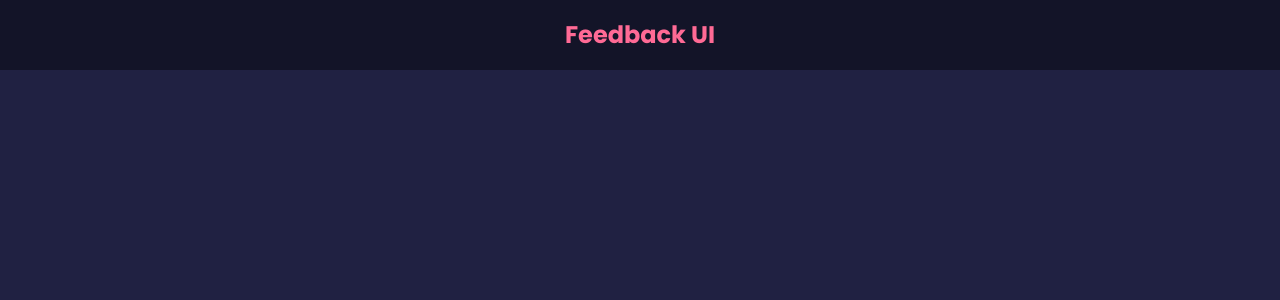
Repository: minhtien9/Feedback_App
Page: /
An editor plug-in stored every save of this project. The page is shown before and after a run of saves, followed by the edit.
The browser window is 1280 px wide. The pictures show the whole page.
The project was rebuilt for these pictures with package versions that can differ from the ones it lists, and the page was loaded fresh each time.

Above is the page before, as saved 2022-02-17 17:53:54.

After the next 2 saves:
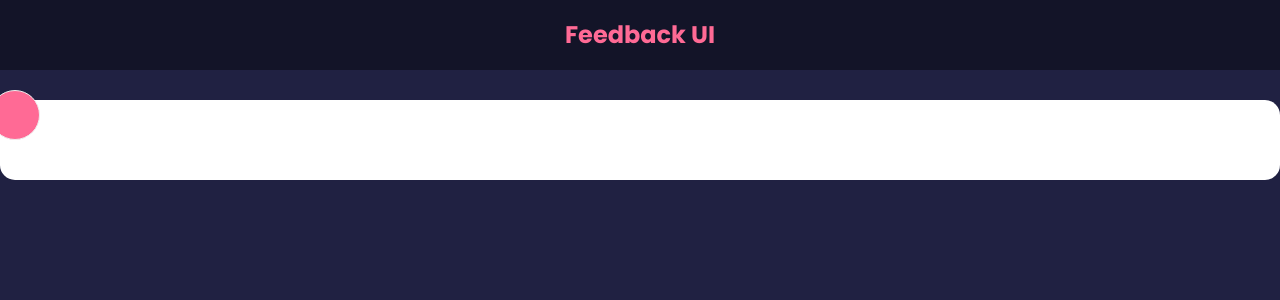
The 2 saves are shown as one change because 1 did not build or start.
The last was saved 118 s later.
--- a/src/App.js
+++ b/src/App.js
@@ -1,9 +1,11 @@
+import FeedbackItem from './components/FeedbackItem'
 import Header from './components/Header'
 
 function App() {
     return (
         <div className='App'>
             <Header />
+            <FeedbackItem />
         </div>
     )
 }
--- a/src/components/FeedbackItem.jsx
+++ b/src/components/FeedbackItem.jsx
@@ -1,12 +1,17 @@
-import React from 'react'
+import React, { useState } from 'react'
 import PropTypes from 'prop-types'
 
 FeedbackItem.propTypes = {}
 
 function FeedbackItem(props) {
+    const [rating, setRating] = useState('')
+    const [text, setText] = useState('')
     return (
         <div>
-            <div className={card}></div>
+            <div className='card'>
+                <div className='num-display'></div>
+                <div className='text-display'></div>
+            </div>
         </div>
     )
 }
